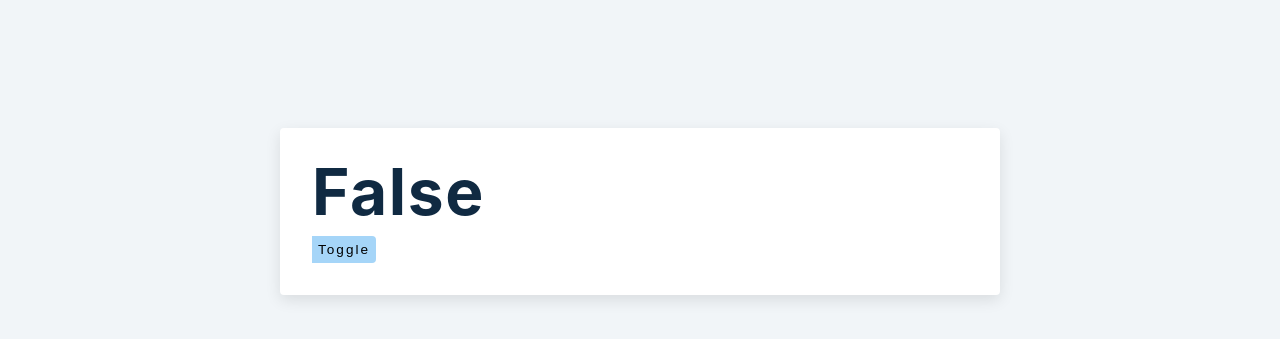
Repository: NavidJalilian/react-projects
Page: / (app in groceryBud-project/)
These files come from the project's save history. The page is drawn as it stood at one moment and after the next save; the edit follows.
The browser window is 1280 px wide. The pictures show the whole page.
The project was rebuilt for these pictures with package versions that can differ from the ones it lists, and the page was loaded fresh each time. Also part of the build but not shown: groceryBud-project/src/List.js, groceryBud-project/src/Alert.js.

Above is the page before, as saved 2022-04-28 21:19:04.

After the next save:
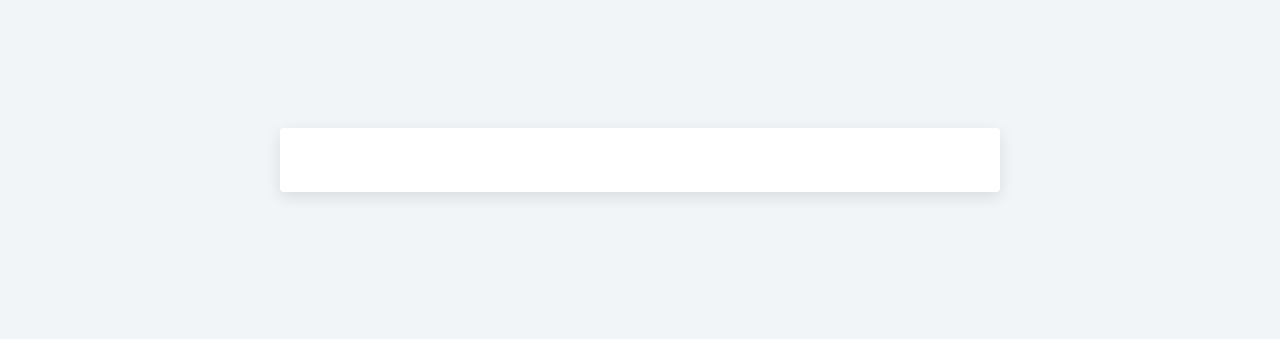
Saved 2 h 35 min later.
--- a/groceryBud-project/src/App.js
+++ b/groceryBud-project/src/App.js
@@ -75,7 +75,6 @@ function App() {
 
   return (
     <section className="section-center">
-      <Test />
       {/* <form
         action=""
         method=""
